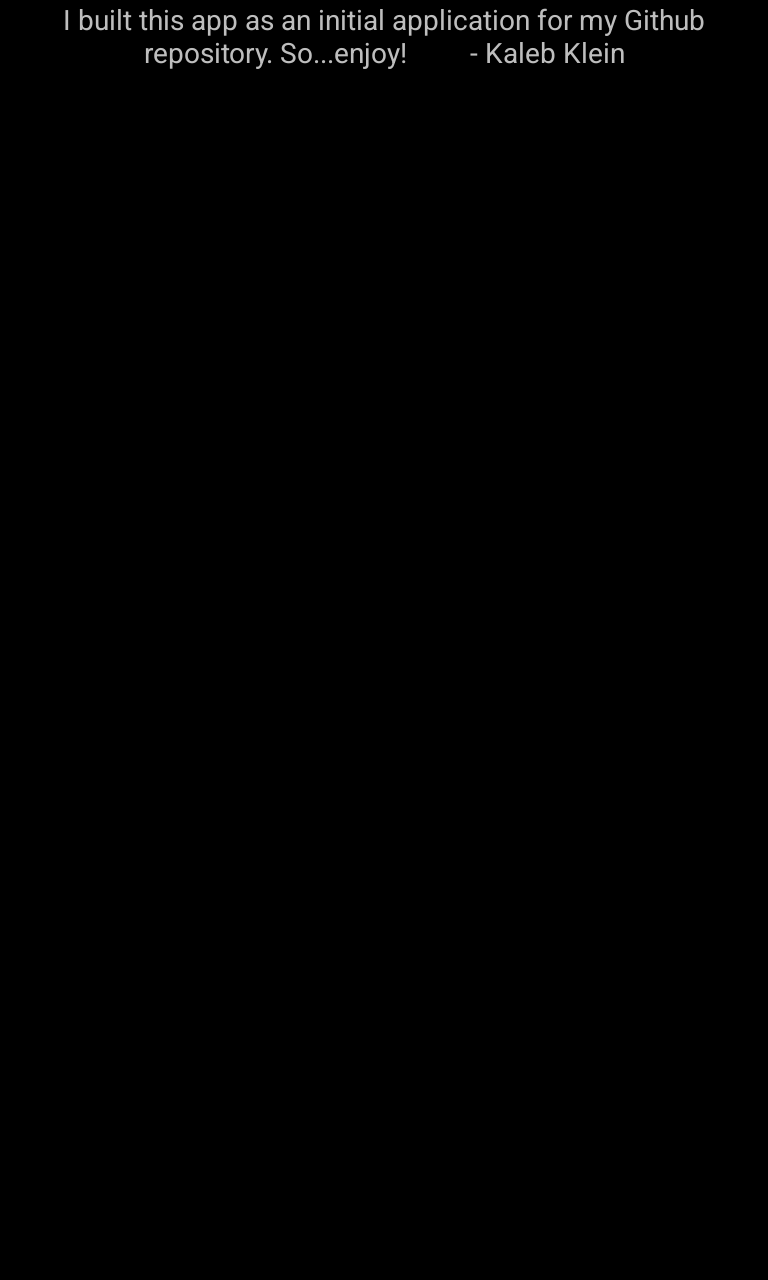
Repository: pazuzu156/KKAndroid
Layout: InitialRepoApp/res/layout/about.xml
An editor plug-in stored every save of this project. The layout is shown before and after the next save, followed by the edit.
It is drawn on a 768 x 1280 px phone screen (xhdpi) without system bars, with theme android:Theme; the app's code is not run.

Above is the layout before, as saved 2012-06-17 06:01:56.

After the next save:
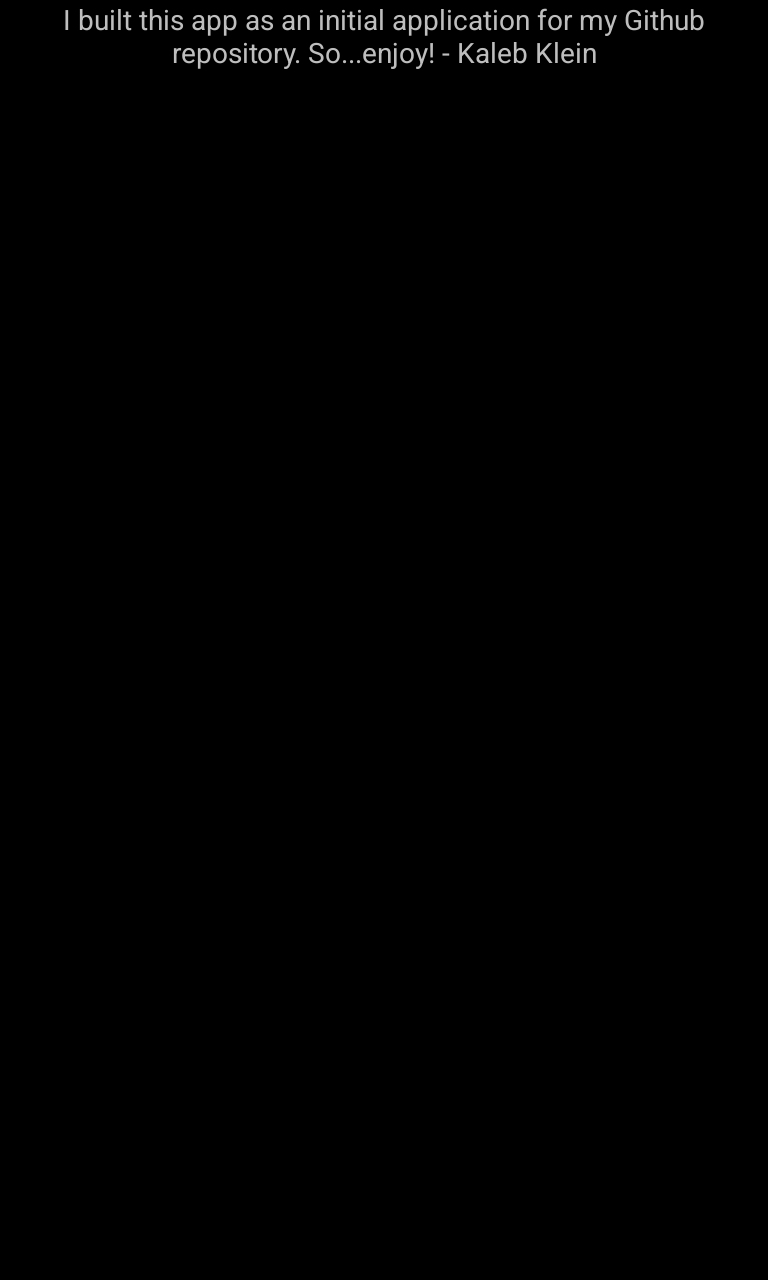
Saved 15 s later.
--- a/InitialRepoApp/res/layout/about.xml
+++ b/InitialRepoApp/res/layout/about.xml
@@ -9,7 +9,7 @@
         android:layout_width="wrap_content"
         android:layout_height="wrap_content"
         android:text="I built this app as an initial application for my Github repository. So...enjoy!
-        - Kaleb Klein"
+- Kaleb Klein"
         android:gravity="center_horizontal" />
 
 </LinearLayout>
